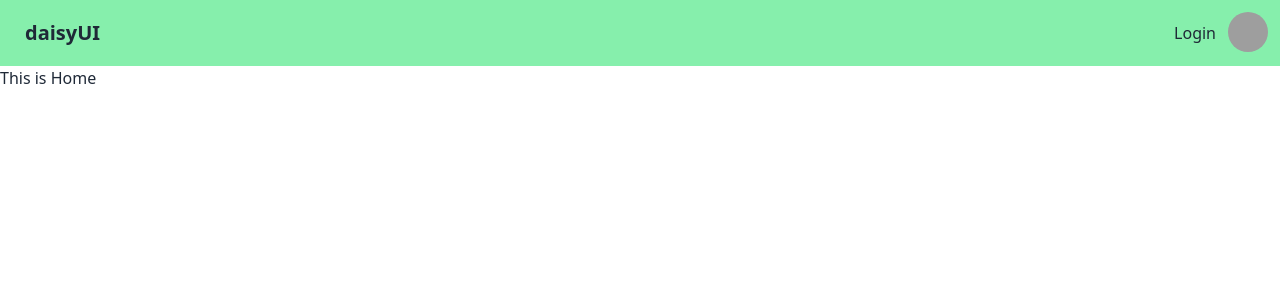
Repository: mohamedk98/Sparrow
Page: / (app in client/)
An editor plug-in stored every save of this project. The page is shown before and after the next save, followed by the edit.
The browser window is 1280 px wide. The pictures show the whole page.
Pictures or frames that could not be fetched are drawn as grey boxes. The project was rebuilt for these pictures with package versions that can differ from the ones it lists, and the page was loaded fresh each time. Also part of the build but not shown: client/src/App.css, client/src/pages/Login.js.

Above is the page before, as saved 2022-06-27 13:57:45.

After the next save:
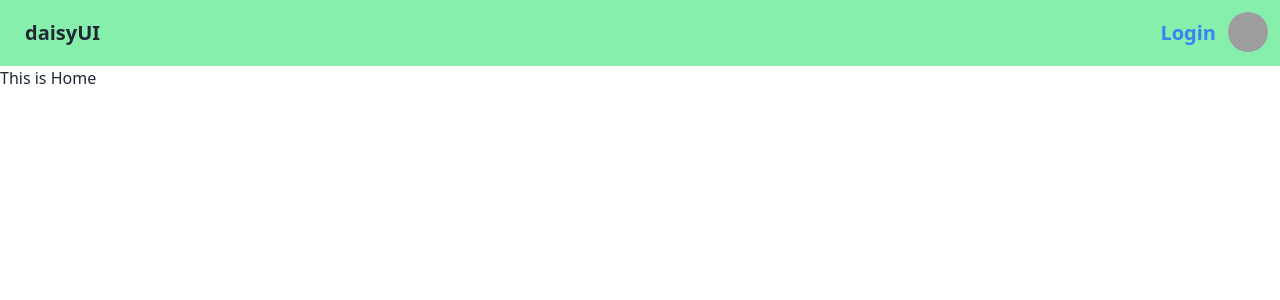
Saved 27 s later.
--- a/client/src/components/Header.js
+++ b/client/src/components/Header.js
@@ -13,7 +13,7 @@ function Header() {
       </div>
       <div className="flex-none gap-2">
         <div className="form-control">
-      <Link to={"/login"}>Login</Link>
+      <Link to={"/login"} className="text-blue-500 text-xl font-bold">Login</Link>
         </div>
         <div className="dropdown dropdown-end">
           <label tabIndex="0" className="btn btn-ghost btn-circle avatar">
